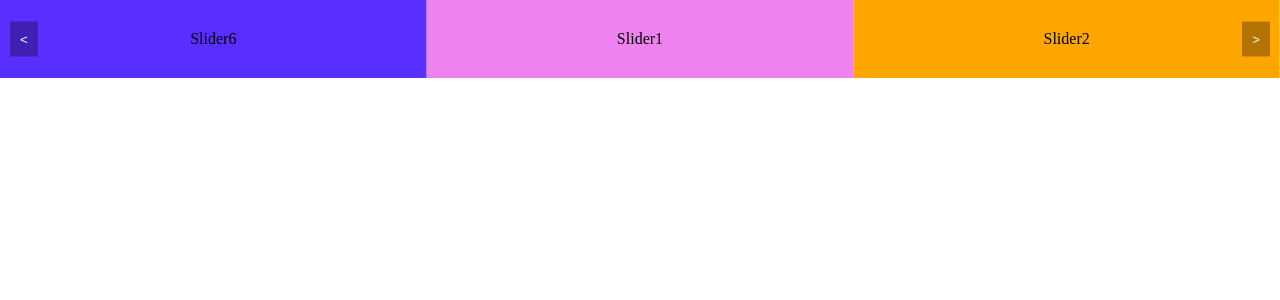
Repository: hoangan3526/Slideslip
Page: slidezy.html
These files come from the project's save history. The page is drawn as it stood at one moment and after the next save; the edit follows.
The browser window is 1280 px wide. The pictures show the whole page.
After loading, the first visible `button.slidezy-prev` was clicked once.

Above is the page before, as saved 2026-05-15 14:18:09.

After the next save:
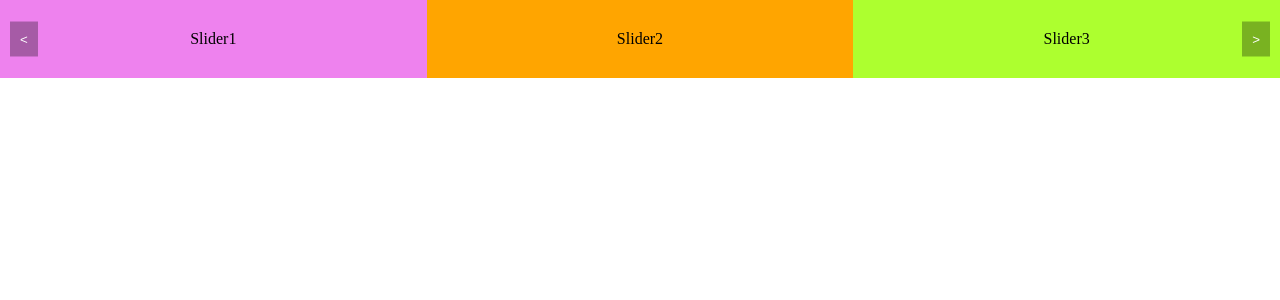
Console error: TypeError: Cannot read properties of undefined (reading '_updatePosition')
Saved 6 min 9 s later.
--- a/src/slidezy.js
+++ b/src/slidezy.js
@@ -69,16 +69,22 @@
   if (this.opt.loop) {
     this.currentIndex =
       (this.currentIndex + step + this.slides.length) % this.slides.length;
+    this.track.ontransitionend = () => {
+      this.indexMax = this.slides.length - this.opt.items;
+      console.log(this.indexMax);
+    };
   } else {
     this.currentIndex = Math.min(
       Math.max(this.currentIndex + step, 0),
       this.slides.length - this.opt.items,
     );
   }
-  this._updatePosition();
+  this.this._updatePosition();
 };
 Slidezy.prototype._updatePosition = function () {
   this.offset = this.currentIndex * -(100 / this.opt.items);
 
   this.track.style.transform = `translateX(${this.offset}%)`;
 };
+// 4 5 6 1 2 3 4 5 6 1 2 3
+// 0 1 2 3 4 5 6 7 8 9 10 11

After the 2 saves that followed:
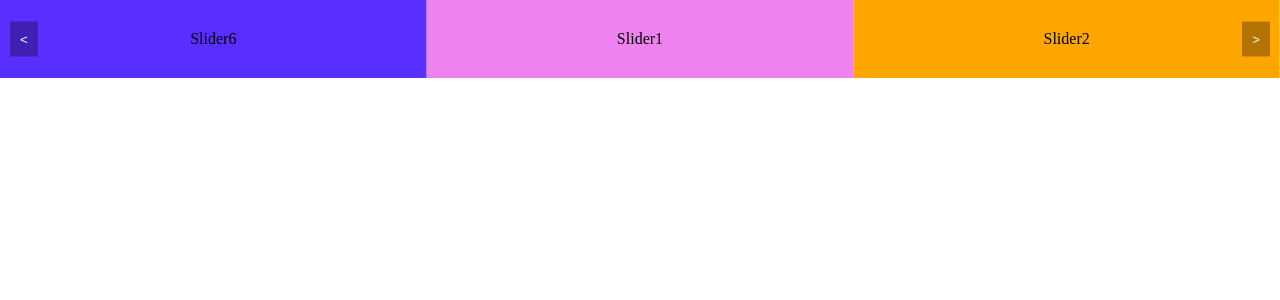
The error is gone.
The 2 saves are shown as one change because 1 left the picture as it was.
The last was saved 30 s later.
--- a/src/slidezy.js
+++ b/src/slidezy.js
@@ -17,8 +17,6 @@
   this.currentIndex = 0;
 
   this.currentIndex = this.opt.loop ? this.opt.items : 0;
-
-  console.log(this.currentIndex);
 
   this.init();
   this._updatePosition();
@@ -79,7 +77,7 @@
       this.slides.length - this.opt.items,
     );
   }
-  this.this._updatePosition();
+  this._updatePosition();
 };
 Slidezy.prototype._updatePosition = function () {
   this.offset = this.currentIndex * -(100 / this.opt.items);
